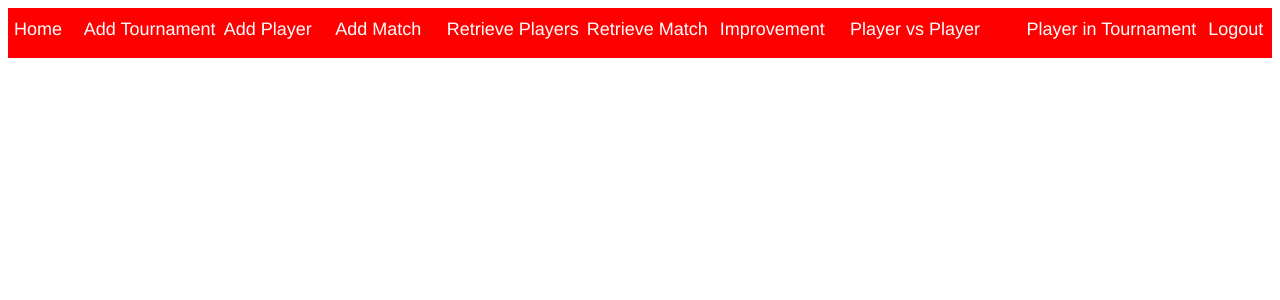
Repository: prm2711/javaapps
Page: http://localhost/Tournament/front.jsp
An editor plug-in stored every save of this project. The page is shown before and after the next save, followed by the edit.
The browser window is 1280 px wide. The pictures show the whole page.
The page is served by Tomcat 9. The session is filled in as if someone had signed in: {"name": "admin", "username": "admin"}. Other server files are loaded and not shown.

Above is the page before, as saved 2018-01-29 05:35:21.

### eclipse-workspace/Tournament/WebContent/front.jsp

<%@ page language="java" contentType="text/html; charset=ISO-8859-1"
    pageEncoding="ISO-8859-1"%>
<!DOCTYPE html PUBLIC "-//W3C//DTD HTML 4.01 Transitional//EN" "http://www.w3.org/TR/html4/loose.dtd">
<html>
<head>
<meta http-equiv="Content-Type" content="text/html; charset=ISO-8859-1">
<title>Home</title>
<link rel="stylesheet" type="text/css" href="css/front.css">
</head>
<body>
<ul>
  <li class="home"><form method="post" action="home.jsp" class="form-button-home">
		<input class="button-add" type="submit" name="link" value="Home">
	</form></li>
  <li class="tour"><form method="post" action="inserttour.jsp" class="form-button">
		<input class="button-add" type="submit" name="link" value="Add Tournament">
	</form></li>
  <li class="player"><form method="post" action="insertplayer.jsp" class="form-button">
		<input class="button-add" type="submit" name="link" value="Add Player">
	</form></li>
  <li class="match"><form method="post" action="ListServlet" class="form-button">
		<input class="button-add" type="submit" name="link" value="Add Match">
	</form></li>
  <li class="retrieve"><form method="post" action="RetrievePlayerServlet" class="form-button">
		<input class="button-add" type="submit" value="Retrieve Players">
	</form></li>
	<li class="retrieve"><form method="post" action="RetrieveMatchServlet" class="form-button">
		<input class="button-add" type="submit" value="Retrieve Match">
	</form></li>
	<li class="retrieve"><form method="post" action="MostImprovedServlet" class="form-button">
		<input class="button-add" type="submit" value="Improvement">
	</form></li>
	<li class="twoplayers"><form method="post" action="ListServlet" class="form-button-match">
		<input class="button-add" type="submit" name="link" value="Player vs Player">
	</form></li>
	<li class="playertour"><form method="post" action="ListServlet" class="form-button-match">
		<input class="button-add" type="submit" name="link" value="Player in Tournament">
	</form></li>
	<li class="logout"><form method="post" action="LogoutServlet" class="form-button">
		<input class="button-add" type="submit" value="Logout">
	</form></li>
</ul>
</body>
</html>

### eclipse-workspace/Tournament/WebContent/css/front.css
@charset "ISO-8859-1";

ul {
	list-style-type: none;
	height: 50px;
	background-color: red;
	margin: 0;
	padding: 0;
	display: flex;
}

li {
	float: left;
	font-size: 20px;
	width: 110px;
}

.home, .logout {
	width: 75px;
}

.match,.player {
	width: 120px;
}

.tour,.retrieve {
	width: 140px;
}

.twoplayers,.playertour {
	width: 190px;
}

li .form-button, li .form-button-match, li .form-button-home {
	color: white;
	text-align: center;
	text-decoration: none;
	font-size: 25px;
	padding-top: 10px;
}



.button-add {
	display: block;
	border-style: none;
	color: white;
	text-decoration: none;
	border: 0px;
	background-color: red;
	font-family: Helvetica;
	font-size: 18px;
}

li .button-add:hover {
	background-color: #555;
	color: white;
}

li .button-add:active {
	background-color: blue;
	color: white;
}

After the next save:
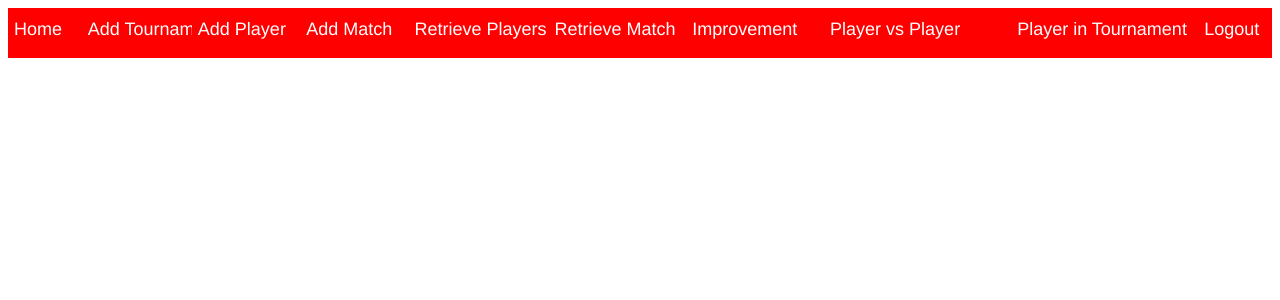
Saved 2 min 7 s later.
--- a/eclipse-workspace/Tournament/WebContent/front.jsp
+++ b/eclipse-workspace/Tournament/WebContent/front.jsp
@@ -13,13 +13,13 @@
   <li class="home"><form method="post" action="home.jsp" class="form-button-home">
 		<input class="button-add" type="submit" name="link" value="Home">
 	</form></li>
-  <li class="tour"><form method="post" action="inserttour.jsp" class="form-button">
+  <li class="addtour"><form method="post" action="inserttour.jsp" class="form-button">
 		<input class="button-add" type="submit" name="link" value="Add Tournament">
 	</form></li>
-  <li class="player"><form method="post" action="insertplayer.jsp" class="form-button">
+  <li class="addplayer"><form method="post" action="insertplayer.jsp" class="form-button">
 		<input class="button-add" type="submit" name="link" value="Add Player">
 	</form></li>
-  <li class="match"><form method="post" action="ListServlet" class="form-button">
+  <li class="addmatch"><form method="post" action="ListServlet" class="form-button">
 		<input class="button-add" type="submit" name="link" value="Add Match">
 	</form></li>
   <li class="retrieve"><form method="post" action="RetrievePlayerServlet" class="form-button">

After the save that followed:
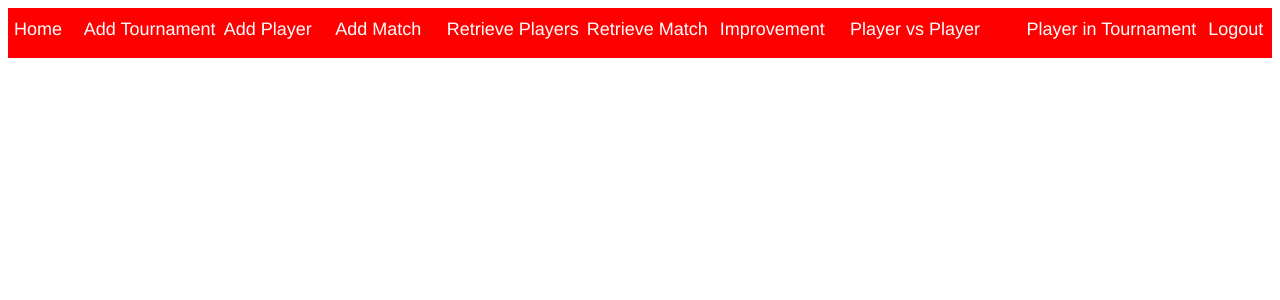
Saved 13 s later.
--- a/eclipse-workspace/Tournament/WebContent/css/front.css
+++ b/eclipse-workspace/Tournament/WebContent/css/front.css
@@ -19,11 +19,11 @@ li {
 	width: 75px;
 }
 
-.match,.player {
+.addmatch,.addplayer {
 	width: 120px;
 }
 
-.tour,.retrieve {
+.addtour,.retrieve {
 	width: 140px;
 }
 
